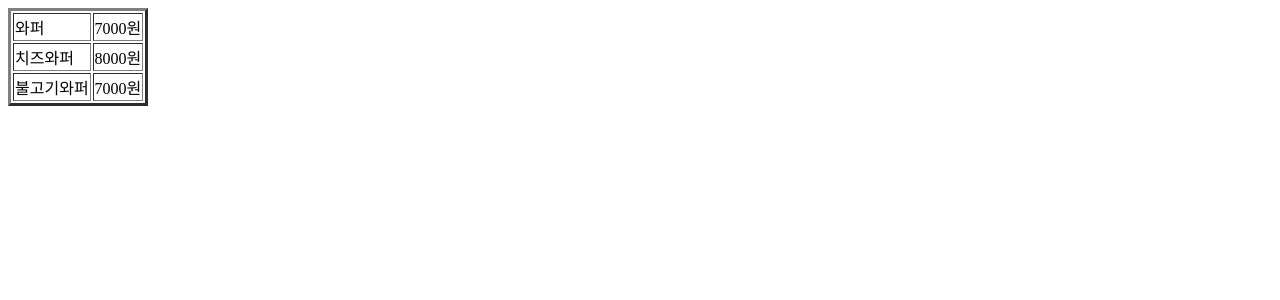
Repository: Johyerim06/Class_internetProgramming
Page: class01/dd/13.html
An editor plug-in stored every save of this project. The page is shown before and after the next save, followed by the edit.
The browser window is 1280 px wide. The pictures show the whole page.

Above is the page before, as saved 2025-03-13 12:12:48.

After the next save:
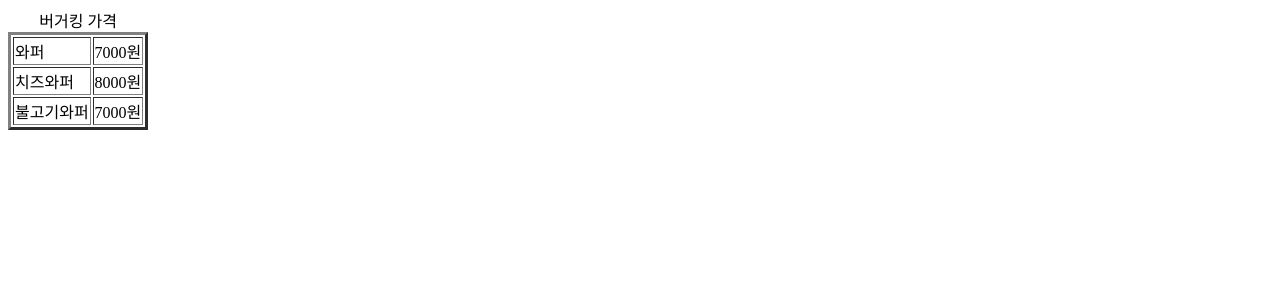
Saved 2 min 37 s later.
--- a/class01/dd/13.html
+++ b/class01/dd/13.html
@@ -4,15 +4,29 @@
 <meta charset="UTF-8">
 <title>표(table) 만들기</title>
 </head>
+<!-- Ctrl + Shift + F : 자동 들여쓰기 or 정렬 -->
 <body>
-<table border = "3">
-<!-- 테이블 시작 -->
-<tr> <td>와퍼</td> <td>7000원</td> </tr>  <!-- 1행 -->
-<tr> <td>치즈와퍼</td> <td>8000원</td> </tr>  <!-- 2행 -->
-<tr> <td>불고기와퍼</td> <td>7000원</td> </tr>  <!-- 3행 -->
-<!-- 테이블 끝 -->
-<!-- tr : table row -->
-<!-- td : table data -->
-</table>
+	<table border="3">
+		<caption>버거킹 가격</caption>
+		<!-- 테이블 시작 -->
+		<tr>
+			<td>와퍼</td>
+			<td>7000원</td>
+		</tr>
+		<!-- 1행 -->
+		<tr>
+			<td>치즈와퍼</td>
+			<td>8000원</td>
+		</tr>
+		<!-- 2행 -->
+		<tr>
+			<td>불고기와퍼</td>
+			<td>7000원</td>
+		</tr>
+		<!-- 3행 -->
+		<!-- 테이블 끝 -->
+		<!-- tr : table row -->
+		<!-- td : table data -->
+	</table>
 </body>
 </html>
